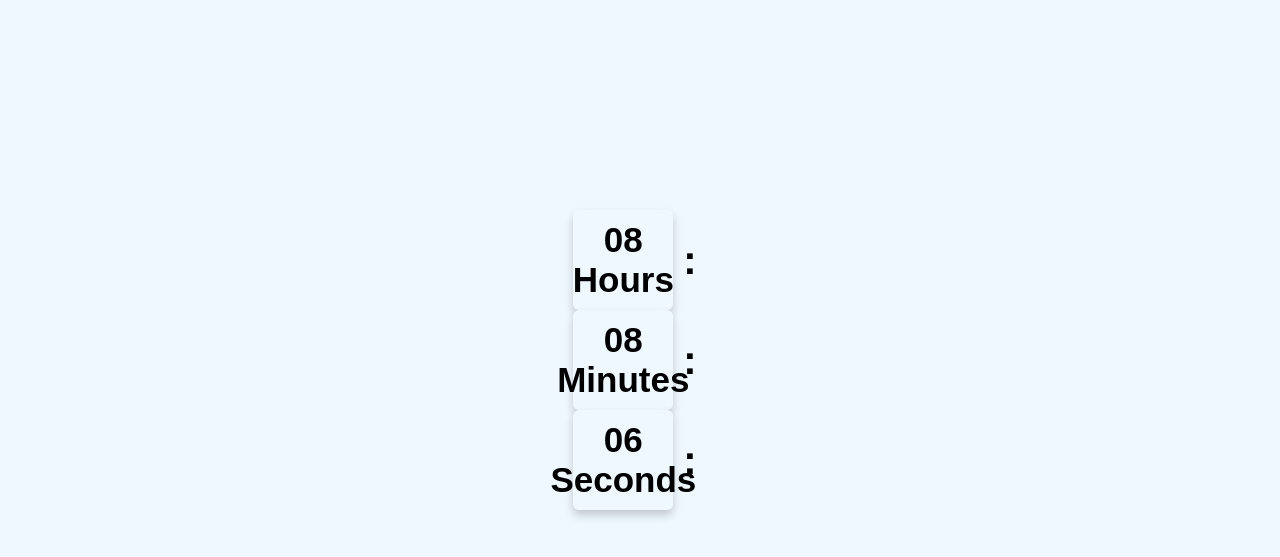
Repository: HueVu99/ComPonents
Page: Dynamic Digital Clock/index.html
The author's editor kept a copy of each file at every save. The page is drawn from the files as they stood at one save, then again after the next save.
The browser window is 1280 px wide. The pictures show the whole page.

Above is the page before, as saved 2022-07-08 16:33:16.

### Dynamic Digital Clock/index.html
<!DOCTYPE html>
<html lang="en">
<head>
    <meta charset="UTF-8">
    <meta http-equiv="X-UA-Compatible" content="IE=edge">
    <meta name="viewport" content="width=device-width, initial-scale=1.0">
    <title>Document</title>
    <link rel="stylesheet" href="style.css">
    <link rel="stylesheet" href="https://cdnjs.cloudflare.com/ajax/libs/jquery/3.6.0/jquery.min.js">
</head>
<body>
    <section>
        <div class="container">
            <div class="time">
              <div class="time-colon">
                <div class="time-text">
                    <span class="num hour_num"> 08</span>
                    <span class="text">Hours</span>
                </div>
                <span class="colon">:</span>
               </div>
            <div class="time-colon">
                <div class="time-text">
                    <span class="num min_num"> 08</span>
                    <span class="text">Minutes</span>
                </div>
                <span class="colon">:</span>
            </div>
            <div class="time-colon">
                <div class="time-text">
                    <span class="num sec_num"> 06</span>
                    <span class="text">Seconds</span>
                </div>
                <span class="colon">:</span>
                 </div>
            </div>
        </div>
    </section>
    <script src="main.js"></script>
</body>
</html>

### Dynamic Digital Clock/style.css
@import url('https://fonts.googleapis.com/css2?family=Poppins:wght@200&display=swap');
*{
    margin: 0;
    padding: 0;
    box-sizing:border-box;
    font-family:"Orbitron",sans-serif;
}
section{
    min-height: 100vh;
    width: 100%;
    display: flex;
    align-items: center;
    justify-content: center;
    background: #F0F8FF;
}
section.container{
    display: flex;
    align-items: center;
    justify-content: center;
    height: 220px;
    max-width: 550px;
    width: 100%;
    background: #fff;
    box-shadow: 0 5px 10px rgba(0 , 0 , 0, 0.2);
    border-radius: 12px;
}
section.container .time{
    display: flex;
    align-items: center;
}
.container .time .time-colon{
    display: flex;
    align-items: center;
}
.time .time-colon .time-text{
    width: 100px;
    height: 100px;
    display: flex;
    align-items: center;
    flex-direction: column;
    justify-content: center;
    background: #F0F8FF;
    border-radius: 6px;
    box-shadow: 0 5px 10px rgba(0 , 0, 0, 0.2);
}
.time .time-colon .time-text,
.time .time-colon .colon{
    font-size:35px;
    font-weight: 600;
}
.time .time-colon .colon{
    font-size: 40px;
    margin: 0 10px;
}

Loaded but not shown: Dynamic Digital Clock/main.js (no copy from this time; the picture is the same without it)

After the next save:
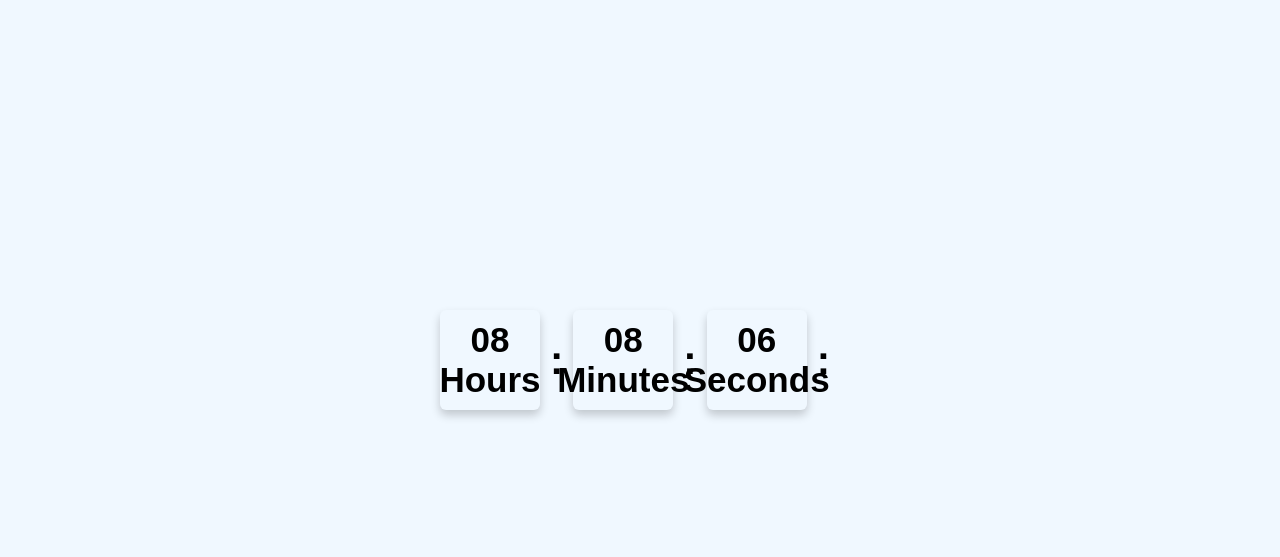
Saved 101 s later.
--- a/Dynamic Digital Clock/style.css
+++ b/Dynamic Digital Clock/style.css
@@ -24,7 +24,7 @@ section.container{
     box-shadow: 0 5px 10px rgba(0 , 0 , 0, 0.2);
     border-radius: 12px;
 }
-section.container .time{
+section .container .time{
     display: flex;
     align-items: center;
 }
